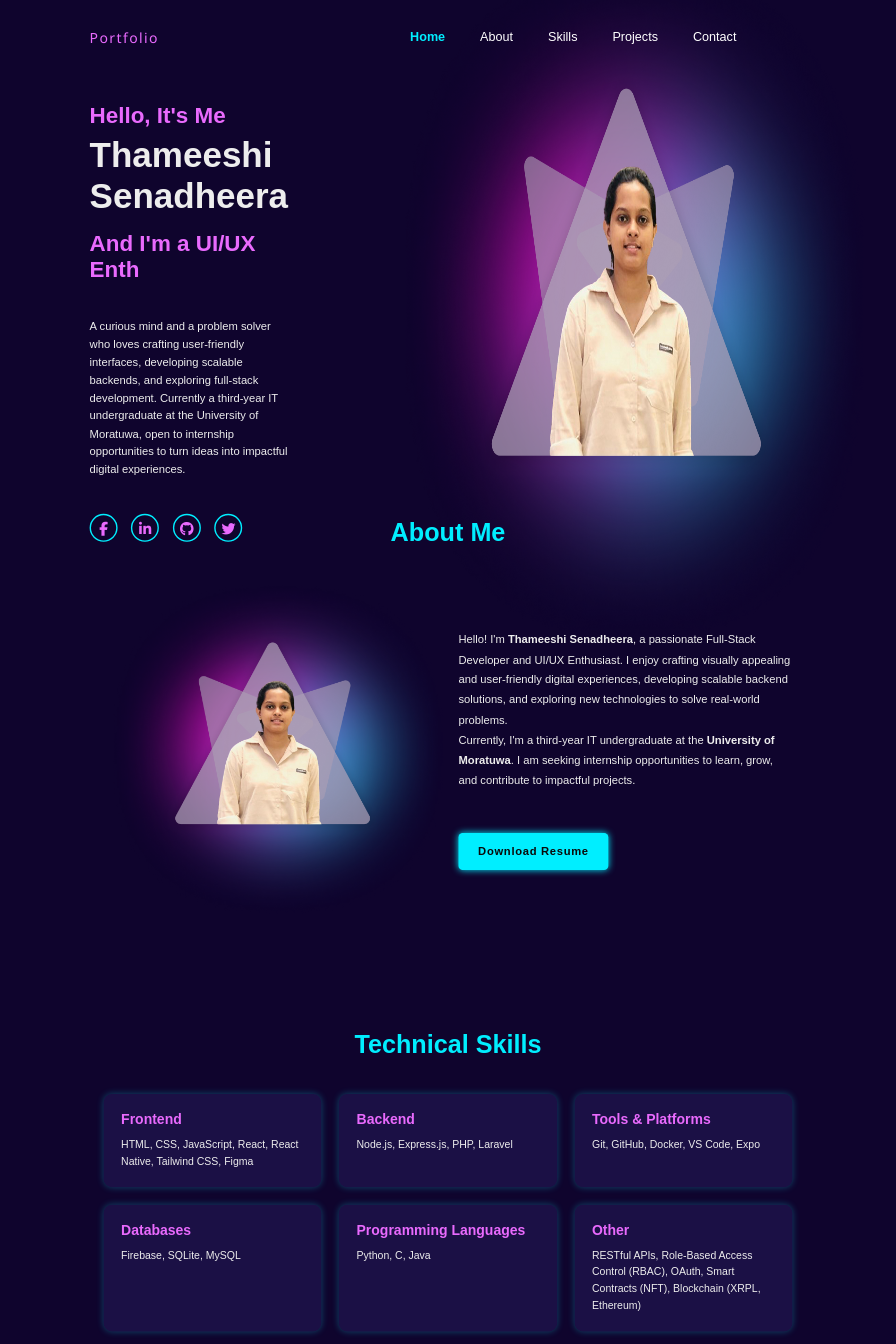
Repository: Thameeshi/portfolio-website
Page: http://localhost/
These files come from the project's save history. The page is drawn as it stood at one moment and after the next save; the edit follows.
The browser window is 1280 px wide. The pictures show the part of the page from y = 0 to 1920 px (the page is 3616 px tall), at 70% of full size.
Some web libraries are served in a nearby version. The page is served by the project's Node server (server.js).

Above is the page before, as saved 2025-09-10 11:30:09.

### public/css/style.css
/* Reset */
* {
    margin: 0;
    padding: 0;
    box-sizing: border-box;
    font-family: 'Poppins', sans-serif;
}

/* Body */
body {
    background: #0F042D;
    color: #ededed;
    scroll-behavior: smooth;
    overflow-x: hidden;
}

/* Header */
.header {
    position: fixed;
    top: 0;
    left: 0;
    width: 100%;
    padding: 40px 10%;
    display: flex;
    justify-content: space-between;
    align-items: center;
    z-index: 100;
    transition: background 0.3s ease-in-out;
}

.logo {
    font-size: 20px;
    color: #E96AFD;
    text-decoration: none;
    font-weight: 550;
    letter-spacing: 2px;
    font-family: 'Segoe UI', Tahoma, Geneva, Verdana, sans-serif;
    transition: transform 0.3s ease;
}
.logo:hover { transform: scale(1.1) rotate(-3deg); }

.navbar {
    display: flex;
    align-items: center;
    margin-right: 100px;
}
.navbar a {
    display: inline-block;
    font-size: 18px;
    color: #fff;
    text-decoration: none;
    font-weight: 500;
    margin-left: 50px;
    position: relative;
    transition: color 0.3s ease;
}
.navbar a::after {
    content: '';
    position: absolute;
    left: 0;
    bottom: -5px;
    width: 0;
    height: 2px;
    background: #0ef;
    transition: width 0.3s;
}
.navbar a:hover { color: #0ef; }
.navbar a:hover::after { width: 100%; }
.navbar a.active { color: #0ef; font-weight: 700; }

/* Home Section */
.home {
    display: flex;
    align-items: center;
    justify-content: space-between;
    padding: 50px 10%;
    height: 100vh;
    gap: 50px;
}

.home-content {
    flex: 1;
    max-width: 600px;
    animation: fadeIn 2s ease-in-out;
    margin-top: 200px;
}
.home-content h3 { font-size: 32px; font-weight: 700; color: #E96AFD; margin-bottom: 10px; animation: slideInLeft 1s ease; }
.home-content h1 { font-size: 50px; font-weight: 800; margin-bottom: 20px; animation: slideInRight 1.2s ease; }
.home-content p { line-height: 1.6; font-size: 16px; margin-bottom: 25px; margin-top:50px;animation: fadeInUp 1.5s ease; }

.btn-box {
    display: inline-block;
    padding: 12px 28px;
    background: #0ef;
    border-radius: 6px;
    font-size: 16px;
    color: #0a0a0a;
    font-weight: 600;
    letter-spacing: 1px;
    text-decoration: none;
    transition: 0.3s;
    box-shadow: 0 0 10px #0ef;
}
.btn-box:hover {
    background: #0c9;
    box-shadow: 0 0 20px #0ef, 0 0 40px #0ef;
    transform: scale(1.05);
}

/* Social Links */
.home-sci { margin-top: 50px; }
.home-sci a {
    display: inline-block;
    width: 40px;
    height: 40px;
    border: 2px solid #0ef;
    border-radius: 50%;
    font-size: 20px;
    color: #E96AFD;
    text-align: center;
    line-height: 40px;
    margin-right: 15px;
    transition: 0.4s;
}
.home-sci a:hover {
    background: #E96AFD;
    color: #0a0a0a;
    box-shadow: 0 0 20px #E96AFD;
}

/* Image next to home-content */
.image {
    flex: auto;
    max-width: auto;
    animation: float 3s ease-in-out infinite;
}
.image img {
    width: 1200px;
    height: 1000px;
    margin-left: 100px;
    margin-top: 150px;
}

/* Float animation */
@keyframes float {
    0%, 100% { transform: translateY(0); }
    50% { transform: translateY(-10px); }
}

/* About Section */
.about {
    padding: 70px 10%;
    color: #ededed;
    margin-top: -100px;
}
.about h2 { font-size: 36px; font-weight: 700; color: #0ef; margin-bottom: 40px; text-align: center; margin-top: 100px; }

.download { margin-top: 40px; }

.about-content {
    display: flex;
    align-items: center;
    justify-content: space-between;
    flex-wrap: wrap;
    gap: 30px;
    flex-direction: row-reverse;
}
.container { max-width: 1200px; margin: 0 auto; padding: 0 20px; margin-top: -50px; }
.about-text { flex: 1; min-width: 300px; font-size: 16px; line-height: 1.8; }
.about-text .btn-box { margin-top: 20px; }
.about-image { flex: 1; min-width: 400px; text-align: center; }
.about-image img { max-width: 500px; border-radius: 10px; }

/* Skills Section */
.skills {
    padding: 80px 10%;
    margin-top: 50px;
}
.skills h2 {
    font-size: 36px;
    font-weight: 700;
    color: #0ef;
    margin-bottom: 50px;
    text-align: center;
}
.skills-grid {
    display: grid;
    grid-template-columns: repeat(auto-fit, minmax(250px, 1fr));
    gap: 25px;
}
.skill-card {
    background: #1b1045;
    padding: 25px;
    border-radius: 12px;
    box-shadow: 0 0 10px rgba(14, 239, 255, 0.3);
    transition: transform 0.3s ease, box-shadow 0.3s ease;
}
.skill-card:hover {
    transform: translateY(-8px);
    box-shadow: 0 0 20px #0ef;
}
.skill-card h3 {
    font-size: 20px;
    color: #E96AFD;
    margin-bottom: 12px;
}
.skill-card p {
    font-size: 15px;
    line-height: 1.6;
    color: #ededed;
}

/* Projects Section */
.projects {
    padding: 80px 10%;
    margin-top: 50px;
}

.projects h2 {
    font-size: 36px;
    font-weight: 700;
    color: #0ef;
    margin-bottom: 50px;
    text-align: center;
}

.project-showcase {
    display: flex;
    justify-content: center;
    max-width: 1000px;
    margin: 0 auto;
}

.project-card {
    background: #1b1045;
    border-radius: 20px;
    overflow: hidden;
    box-shadow: 0 0 30px rgba(14, 239, 255, 0.2);
    transition: transform 0.3s ease, box-shadow 0.3s ease;
    width: 100%;
    display: flex;
    min-height: 500px;
}

.project-card:hover {
    transform: translateY(-5px);
    box-shadow: 0 0 40px rgba(14, 239, 255, 0.4);
}

.project-image-container {
    position: relative;
    flex: 1;
    overflow: hidden;
}

.project-images {
    position: relative;
    height: 100%;
    width: 100%;
}

.project-img {
    position: absolute;
    top: 0;
    left: 0;
    width: 100%;
    height: 100%;
    object-fit: cover;
    opacity: 0;
    transition: opacity 0.5s ease-in-out;
}

.project-img.active {
    opacity: 1;
}

.image-nav {
    position: absolute;
    bottom: 20px;
    left: 50%;
    transform: translateX(-50%);
    display: flex;
    gap: 10px;
    z-index: 3;
}

.nav-dot {
    width: 12px;
    height: 12px;
    border-radius: 50%;
    border: 2px solid rgba(255, 255, 255, 0.6);
    background: transparent;
    cursor: pointer;
    transition: all 0.3s ease;
}

.nav-dot:hover,
.nav-dot.active {
    background: #0ef;
    border-color: #0ef;
    transform: scale(1.2);
}

.project-overlay {
    position: absolute;
    top: 0;
    left: 0;
    right: 0;
    bottom: 0;
    background: linear-gradient(135deg, rgba(14, 239, 255, 0.8), rgba(233, 106, 253, 0.8));
    display: flex;
    align-items: center;
    justify-content: center;
    opacity: 0;
    transition: opacity 0.3s ease;
    z-index: 2;
}

.project-card:hover .project-overlay {
    opacity: 1;
}

.project-links {
    display: flex;
    gap: 20px;
}

.project-link {
    width: 60px;
    height: 60px;
    background: rgba(255, 255, 255, 0.2);
    border-radius: 50%;
    display: flex;
    align-items: center;
    justify-content: center;
    color: #fff;
    font-size: 24px;
    text-decoration: none;
    backdrop-filter: blur(10px);
    border: 2px solid rgba(255, 255, 255, 0.3);
    transition: all 0.3s ease;
}

.project-link:hover {
    background: rgba(255, 255, 255, 0.3);
    transform: scale(1.1);
    border-color: rgba(255, 255, 255, 0.6);
}

.project-info {
    flex: 1;
    padding: 40px;
    display: flex;
    flex-direction: column;
    justify-content: center;
}

.project-info h3 {
    font-size: 28px;
    color: #E96AFD;
    margin-bottom: 20px;
    font-weight: 700;
}

.project-info p {
    font-size: 16px;
    line-height: 1.7;
    color: #ededed;
    margin-bottom: 25px;
}

.project-features {
    display: grid;
    grid-template-columns: 1fr 1fr;
    gap: 15px;
    margin-bottom: 25px;
}

.feature {
    display: flex;
    align-items: center;
    gap: 8px;
    font-size: 14px;
    color: #ededed;
}

.feature i {
    color: #0ef;
    font-size: 16px;
}

.project-tech {
    display: flex;
    flex-wrap: wrap;
    gap: 10px;
}

.project-tech span {
    background: linear-gradient(135deg, #0ef, #E96AFD);
    color: #0a0a0a;
    padding: 8px 16px;
    border-radius: 25px;
    font-size: 13px;
    font-weight: 600;
    letter-spacing: 0.5px;
}

/* Responsive */
@media (max-width: 768px) {
    .projects {
        padding: 60px 5%;
    }

    .project-card {
        flex-direction: column;
        min-height: auto;
    }

    .project-image-container {
        height: 300px;
    }

    .project-info {
        padding: 30px 25px;
    }

    .project-info h3 {
        font-size: 24px;
    }

    .project-info p {
        font-size: 15px;
    }

    .project-features {
        grid-template-columns: 1fr;
        gap: 10px;
    }

    .project-links {
        gap: 15px;
    }

    .project-link {
        width: 50px;
        height: 50px;
        font-size: 20px;
    }
}

/* Add these styles to your existing stylesheet.css file */

/* Contact Section */
.contact {
    padding: 80px 10%;
    margin-top: 50px;
}

.contact h2 {
    font-size: 36px;
    font-weight: 700;
    color: #0ef;
    margin-bottom: 20px;
    text-align: center;
}

.contact > p {
    text-align: center;
    font-size: 18px;
    color: #ededed;
    margin-bottom: 50px;
    opacity: 0.8;
}

.contact-content {
    display: grid;
    grid-template-columns: 1fr 1fr;
    gap: 60px;
    max-width: 1200px;
    margin: 0 auto;
    align-items: start;
}

.contact-info {
    display: flex;
    flex-direction: column;
    gap: 30px;
}

.contact-item {
    background: #1b1045;
    padding: 25px;
    border-radius: 15px;
    text-align: center;
    transition: transform 0.3s ease, box-shadow 0.3s ease;
    border: 1px solid rgba(14, 239, 255, 0.1);
}

.contact-item:hover {
    transform: translateY(-5px);
    box-shadow: 0 10px 30px rgba(14, 239, 255, 0.2);
}

.contact-item i {
    font-size: 28px;
    color: #0ef;
    margin-bottom: 15px;
}

.contact-item h3 {
    font-size: 20px;
    color: #E96AFD;
    margin-bottom: 10px;
    font-weight: 600;
}

.contact-item p {
    color: #ededed;
    font-size: 16px;
}

.contact-form {
    background: #1b1045;
    padding: 40px;
    border-radius: 20px;
    box-shadow: 0 0 20px rgba(14, 239, 255, 0.1);
    border: 1px solid rgba(14, 239, 255, 0.1);
}

.form-group {
    margin-bottom: 25px;
}

.form-group input,
.form-group textarea {
    width: 100%;
    padding: 15px 20px;
    background: rgba(15, 4, 45, 0.8);
    border: 2px solid rgba(14, 239, 255, 0.2);
    border-radius: 10px;
    color: #ededed;
    font-size: 16px;
    font-family: 'Poppins', sans-serif;
    transition: all 0.3s ease;
    resize: vertical;
}

.form-group input:focus,
.form-group textarea:focus {
    outline: none;
    border-color: #0ef;
    box-shadow: 0 0 0 3px rgba(14, 239, 255, 0.1);
    transform: translateY(-2px);
}

.form-group input::placeholder,
.form-group textarea::placeholder {
    color: rgba(237, 237, 237, 0.6);
}

.form-group textarea {
    min-height: 120px;
    max-height: 200px;
}

.contact-form .btn-box {
    width: 100%;
    padding: 15px;
    font-size: 18px;
    margin-top: 10px;
    position: relative;
    overflow: hidden;
}

.contact-form .btn-box:hover {
    transform: translateY(-2px);
}

.contact-form .btn-box:active {
    transform: translateY(0);
}

/* Footer */
.footer {
    background: #1b1045;
    padding: 30px 10%;
    text-align: center;
    margin-top: 50px;
    border-top: 1px solid rgba(14, 239, 255, 0.1);
}

.footer p {
    color: #ededed;
    font-size: 14px;
    opacity: 0.8;
}

/* Enhanced responsive design */
@media (max-width: 768px) {
    .contact {
        padding: 60px 5%;
    }

    .contact-content {
        grid-template-columns: 1fr;
        gap: 40px;
    }

    .contact-form {
        padding: 25px 20px;
    }

    .form-group input,
    .form-group textarea {
        padding: 12px 15px;
        font-size: 14px;
    }

    .contact h2 {
        font-size: 28px;
    }

    .contact > p {
        font-size: 16px;
    }

    .contact-item {
        padding: 20px;
    }

    .contact-item i {
        font-size: 24px;
    }

    .contact-item h3 {
        font-size: 18px;
    }
}

@media (max-width: 480px) {
    .contact-form {
        padding: 20px 15px;
    }

    .form-group {
        margin-bottom: 20px;
    }

    .contact-info {
        gap: 20px;
    }

    .contact-item {
        padding: 15px;
    }
}

/* Additional animations */
@keyframes slideInLeft {
    from {
        transform: translateX(-50px);
        opacity: 0;
    }
    to {
        transform: translateX(0);
        opacity: 1;
    }
}

@keyframes slideInRight {
    from {
        transform: translateX(50px);
        opacity: 0;
    }
    to {
        transform: translateX(0);
        opacity: 1;
    }
}

/* Performance optimizations */
* {
    box-sizing: border-box;
}

img {
    max-width: 100%;
    height: auto;
}

/* Smooth transitions for better UX */
a, button {
    transition: all 0.3s ease;
}

/* Focus styles for accessibility */
a:focus,
button:focus,
input:focus,
textarea:focus {
    outline: 2px solid #0ef;
    outline-offset: 2px;
}

/* High contrast mode support */
@media (prefers-contrast: high) {
    .skill-card,
    .project-card,
    .contact-item,
    .contact-form {
        border: 2px solid #0ef;
    }
}

/* Reduced motion support */
@media (prefers-reduced-motion: reduce) {
    *,
    *::before,
    *::after {
        animation-duration: 0.01ms !important;
        animation-iteration-count: 1 !important;
        transition-duration: 0.01ms !important;
    }
}

/* Print styles */
@media print {
    .header,
    .contact-form,
    .project-overlay,
    .hamburger {
        display: none !important;
    }

    body {
        background: white !important;
        color: black !important;
    }

    .home,
    .about,
    .skills,
    .projects {
        page-break-inside: avoid;
        margin-bottom: 20px;
    }
}

/* Keyframe Animations */
@keyframes fadeIn { from { opacity: 0; } to { opacity: 1; } }
@keyframes slideInLeft { from { transform: translateX(-50px); opacity: 0; } to { transform: translateX(0); opacity: 1; } }
@keyframes slideInRight { from { transform: translateX(50px); opacity: 0; } to { transform: translateX(0); opacity: 1; } }
@keyframes fadeInUp { from { transform: translateY(30px); opacity: 0; } to { transform: translateY(0); opacity: 1; } }

/* Responsive */
@media (max-width: 768px) {
    .home {
        flex-direction: column;
        text-align: center;
        padding: 100px 5% 0;
        gap: 30px;
    }
    .home-content h1 { font-size: 36px; }
    .home-content h3 { font-size: 24px; }
    .image { max-width: 200px; margin-top: 20px; }
    .about-content { flex-direction: column; text-align: center; }
    .about-image img { max-width: 200px; margin-top: 20px; }
    .navbar a { margin-left: 20px; font-size: 16px; }
    .header { padding: 15px 5%; }
}

Loaded but not shown: public/js/main.js (628 lines, source omitted); server.js (274 lines, source omitted); views/index.ejs (352 lines, source omitted)

After the next save:
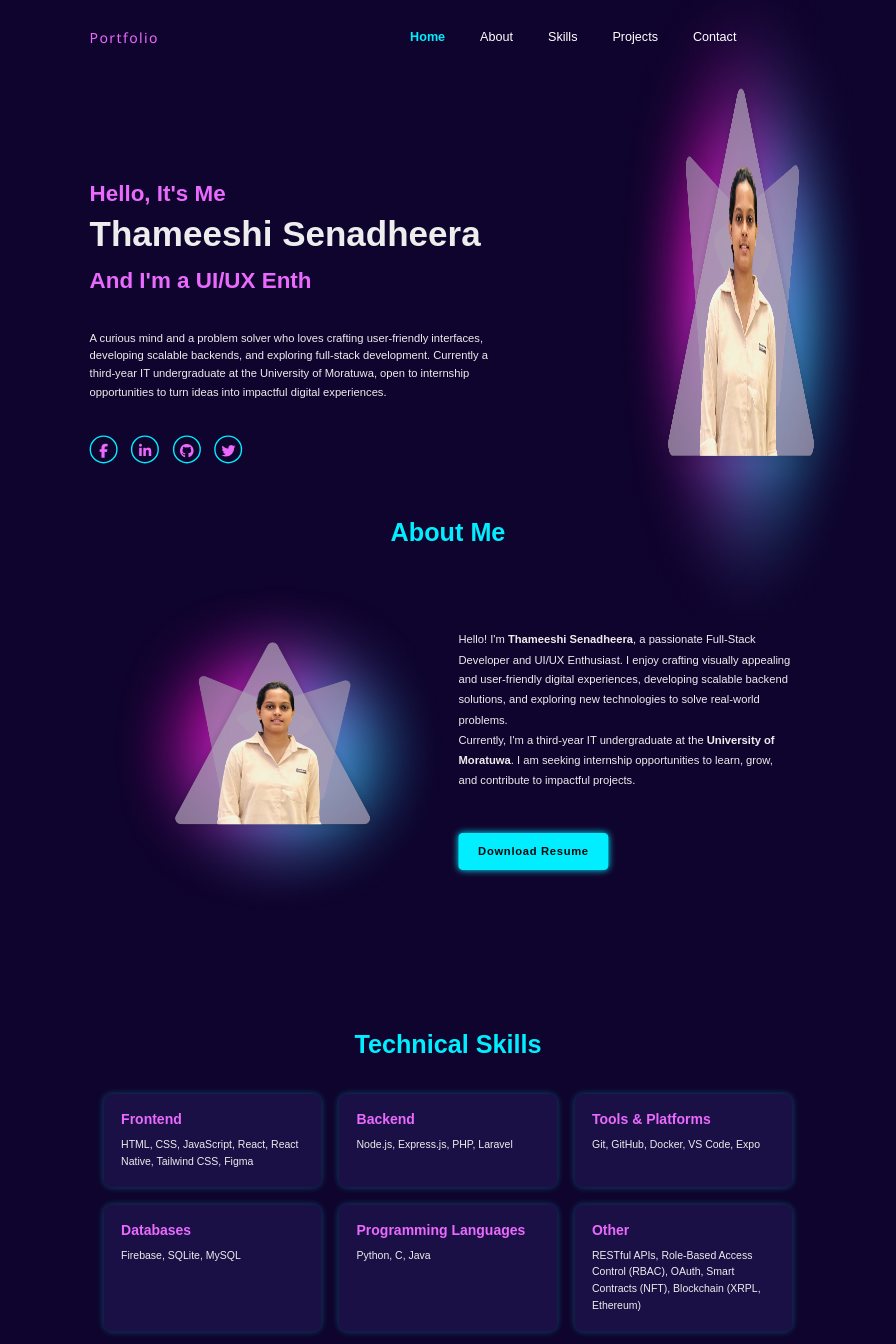
Saved 16 s later.
--- a/public/css/style.css
+++ b/public/css/style.css
@@ -130,7 +130,7 @@ body {
 
 /* Image next to home-content */
 .image {
-    flex: auto;
+    flex: 0.5;
     max-width: auto;
     animation: float 3s ease-in-out infinite;
 }
